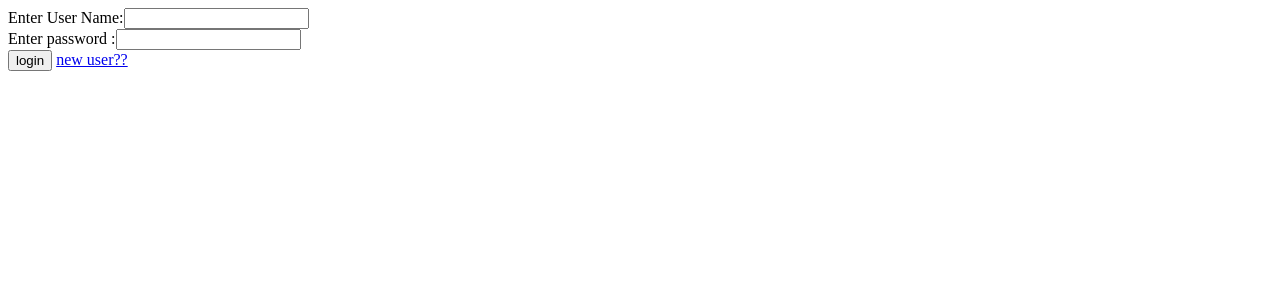
Repository: mugdha97/JSPServlet
Page: http://localhost/com.bridgelabz.loginRegister/login.jsp
The author's editor kept a copy of each file at every save. The page is drawn from the files as they stood at one save, then again after the next save.
The browser window is 1280 px wide. The pictures show the whole page.
The page is served by Tomcat 9. Other server files are loaded and not shown.

Above is the page before, as saved 2019-10-18 13:48:39.

### com.bridgelabz.loginRegister/WebContent/login.jsp
<%@ page language="java" contentType="text/html; charset=UTF-8"
    pageEncoding="UTF-8"%>
<!DOCTYPE html>
<html>
<head>
<meta charset="UTF-8">
<title>Insert title here</title>
</head>
<body>
<form action="login" method="post">
Enter User Name:<input type="text" name="uname"><br>
Enter password :<input type="password" name="password"><br>
<input type="submit" value="login">
<a href="Registration.jsp">new user??</a>
</form>
<form >


</form>
</body>
</html>

After the next save:
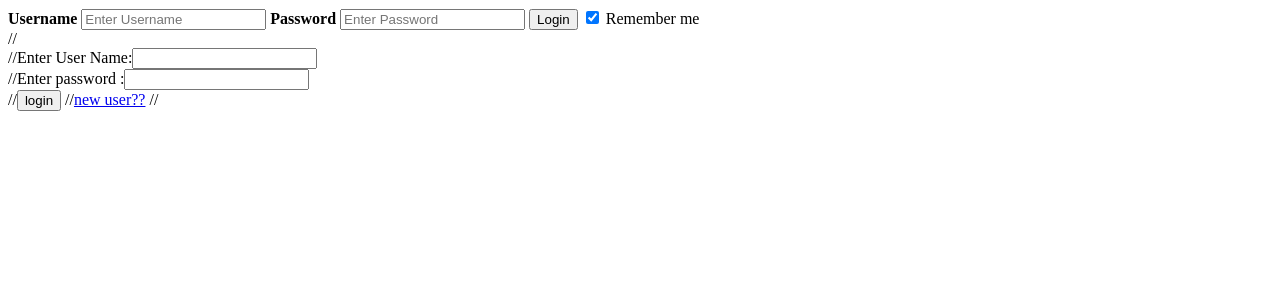
Saved 14 h 49 min later.
--- a/com.bridgelabz.loginRegister/WebContent/login.jsp
+++ b/com.bridgelabz.loginRegister/WebContent/login.jsp
@@ -7,12 +7,24 @@
 <title>Insert title here</title>
 </head>
 <body>
-<form action="login" method="post">
-Enter User Name:<input type="text" name="uname"><br>
-Enter password :<input type="password" name="password"><br>
-<input type="submit" value="login">
-<a href="Registration.jsp">new user??</a>
-</form>
+<div class="container">
+      <label for="uname"><b>Username</b></label>
+      <input type="text" placeholder="Enter Username" name="uname" required>
+
+      <label for="psw"><b>Password</b></label>
+      <input type="password" placeholder="Enter Password" name="psw" required>
+
+      <button type="submit">Login</button>
+      <label>
+        <input type="checkbox" checked="checked" name="remember"> Remember me
+      </label>
+    </div>
+//<form action="login" method="post">
+//Enter User Name:<input type="text" name="uname"><br>
+//Enter password :<input type="password" name="password"><br>
+//<input type="submit" value="login">
+//<a href="Registration.jsp">new user??</a>
+//</form>
 <form >
 
 
